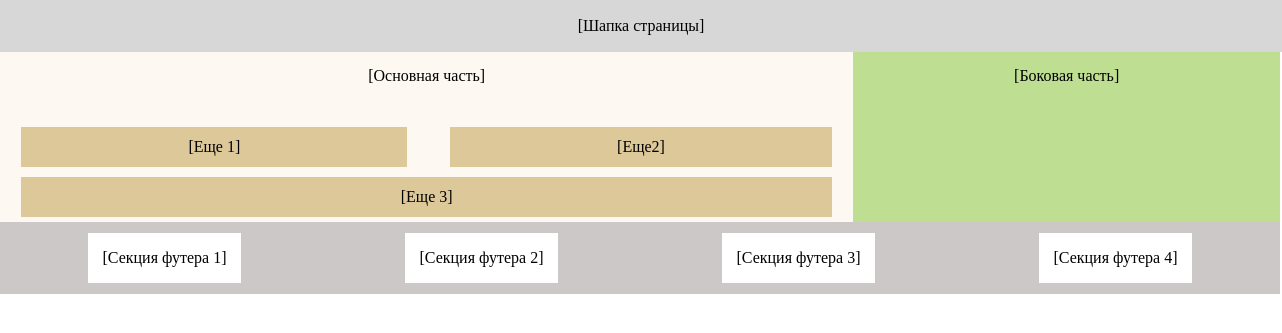
Repository: VictoriSyh/week7
Page: index.html
These files come from the project's save history. The page is drawn as it stood at one moment and after the next save; the edit follows.
The browser window is 1280 px wide. The page is 1282 px wide, so the pictures cover 1282 px, including what lies to the right of the window. The pictures show the whole page.

Above is the page before, as saved 2025-01-02 17:38:14.

### index.html
<!DOCTYPE html>
<html lang="ru">
<head>
    <link rel="stylesheet" href="/styles/normalize.css">
    <link rel="stylesheet" href="/styles/style.css">
    <meta charset="UTF-8">
    <meta name="viewport" content="width=device-width, initial-scale=1.0">
    <link rel="shortcut icon" href="https://www.svgrepo.com/show/529024/home-wifi-angle.svg"
    type="image/svg">
    <title>Домашняя работа</title>
</head>
<body>
<header>
    [Шапка страницы]
</header>
    <main>
<div class="mainpart">
    <div class="left">
    <div class="block">[Основная часть]</div>
    <div class="one">[Еще 1]</div>
    <div class="two">[Еще2]</div>
    <div class="three">[Еще 3]</div>
</div>
<div class="right_block">
    <div class="text">[Боковая часть]</div>
</div>
</div>

</main>
    <footer>
        <div class="section">[Секция футера 1]</div>
        <div class="section">[Секция футера 2]</div>
        <div class="section">[Секция футера 3]</div>
        <div class="section">[Секция футера 4]</div>
    </footer>
</body>
</html

### styles/style.css
header{
    display: grid;
    align-items: center;
    justify-items: center;
    border: 1px solid rgb(215, 215, 215);
    background-color: rgb(215, 215, 215);
    height: 50px;
    width: 100%;
}
main{
    display: grid;
    width: 100%;
}

.mainpart{
    display: grid;
    grid-template-columns: repeat(auto-fit, minmax(300px, 1fr))

}

.left{
    display: grid;
    grid-template-rows: 70px 50px 50px;
    grid-column:1/3;
    background-color:rgb(253, 249, 242)
}

.block{
    display: grid;
    grid-row: 1/2;
    grid-column:1/3;
    margin: 15px;
    text-align: center;
}

.right_block{
    grid-row: 1/2;
    grid-column:3/4;
    background-color: rgb(190, 222, 145);
    text-align: center;
}

.text{
    margin: 15px;
}

.three{
    display: grid;
    grid-row: 3/4;
    grid-column:1/3;
    place-items: center;
    margin: auto;
    background-color: rgb(220, 200, 153);
    width: 95%;
    height: 80%;
}

.one{
    display: grid;
    grid-row: 2/3;
    grid-column:1/2;
    place-items: center;
    margin: auto;
    background-color: rgb(220, 200, 153);
    width: 90%;
    height: 80%;
}

.two{
    display: grid;
    grid-row: 2/3;
    grid-column:2/3;
    place-items: center;
    margin: auto;
    background-color: rgb(220, 200, 153);
    width: 90%;
    height: 80%;
}

footer{
    display: grid;
    grid-template-columns: repeat(auto-fit, minmax(200px, 1fr));
    gap: 10px;
    padding: 10px;
    justify-items: center;
    align-items: center;
    border: 1px solid rgb(204, 200, 200);
    background-color: rgb(204, 200, 200);
}
.section{
    display: grid;
    background-color: white;
    width: 50%;
    height: 50px;
    place-items: center;
}

Loaded but not shown: styles/normalize.css (library)

After the next save:
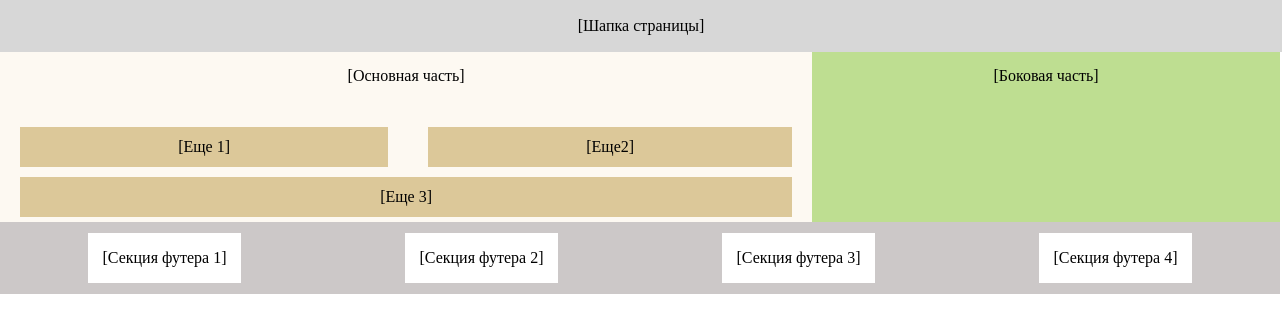
Saved 22 s later.
--- a/styles/style.css
+++ b/styles/style.css
@@ -14,7 +14,7 @@ main{
 
 .mainpart{
     display: grid;
-    grid-template-columns: repeat(auto-fit, minmax(300px, 1fr))
+    grid-template-columns: repeat(auto-fit, minmax(3, 1fr))
 
 }
 
